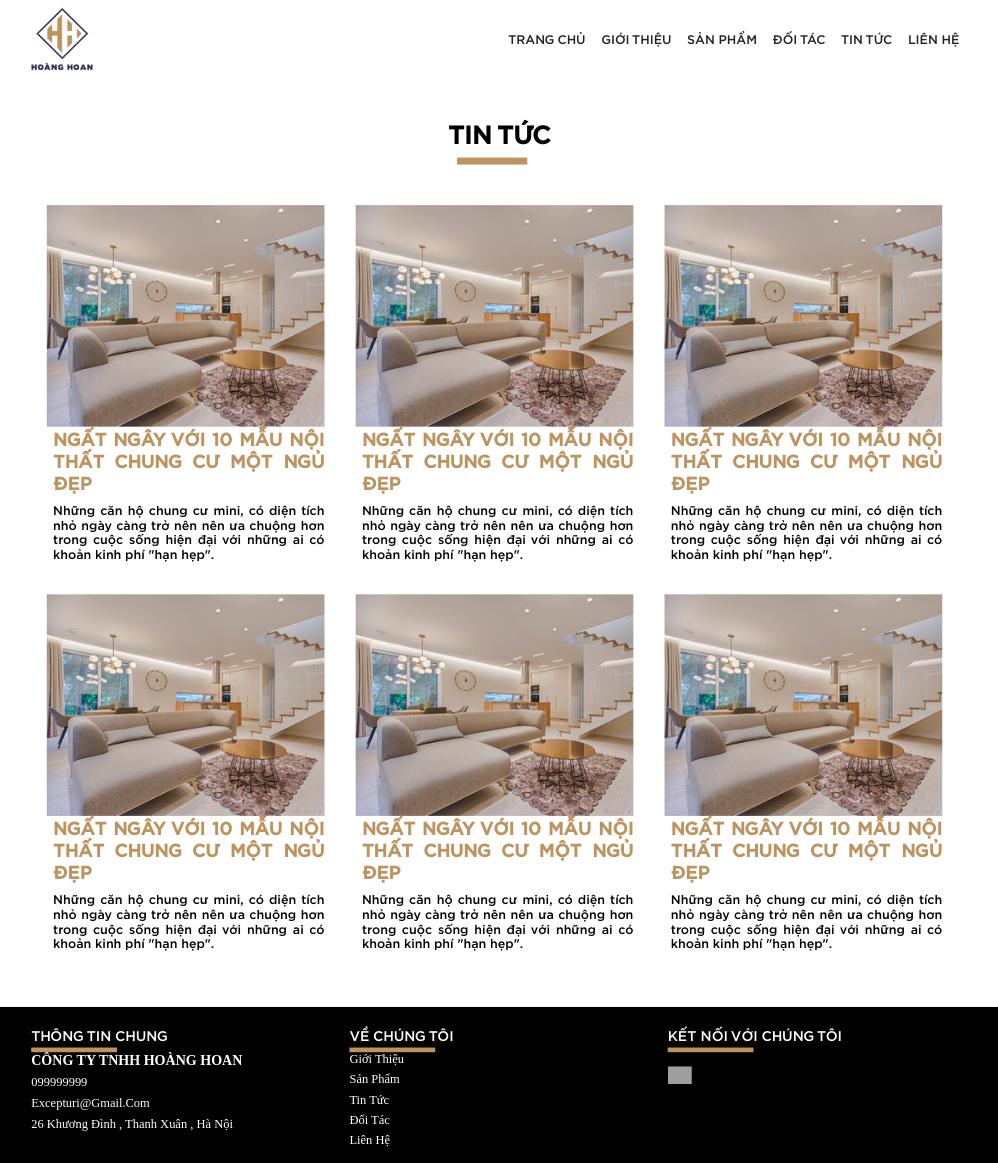
Repository: LDDUNG2003/prj_2
Page: /news
The author's editor kept a copy of each file at every save. The page is drawn from the files as they stood at one save, then again after the next save.
The browser window is 1280 px wide. The pictures show the whole page, at 78% of full size.
Pictures or frames that could not be fetched are drawn as grey boxes. The project was rebuilt for these pictures with package versions that can differ from the ones it lists, and the page was loaded fresh each time. Also part of the build but not shown: src/font-awesome/index.js, src/pages/home/setProductSlick/index.js, src/pages/home/index.js, src/styles/css/contact.css, src/pages/contact/index.js, src/pages/notfoud/index.js.

Above is the page before, as saved 2023-09-22 09:56:23.

After the next save:
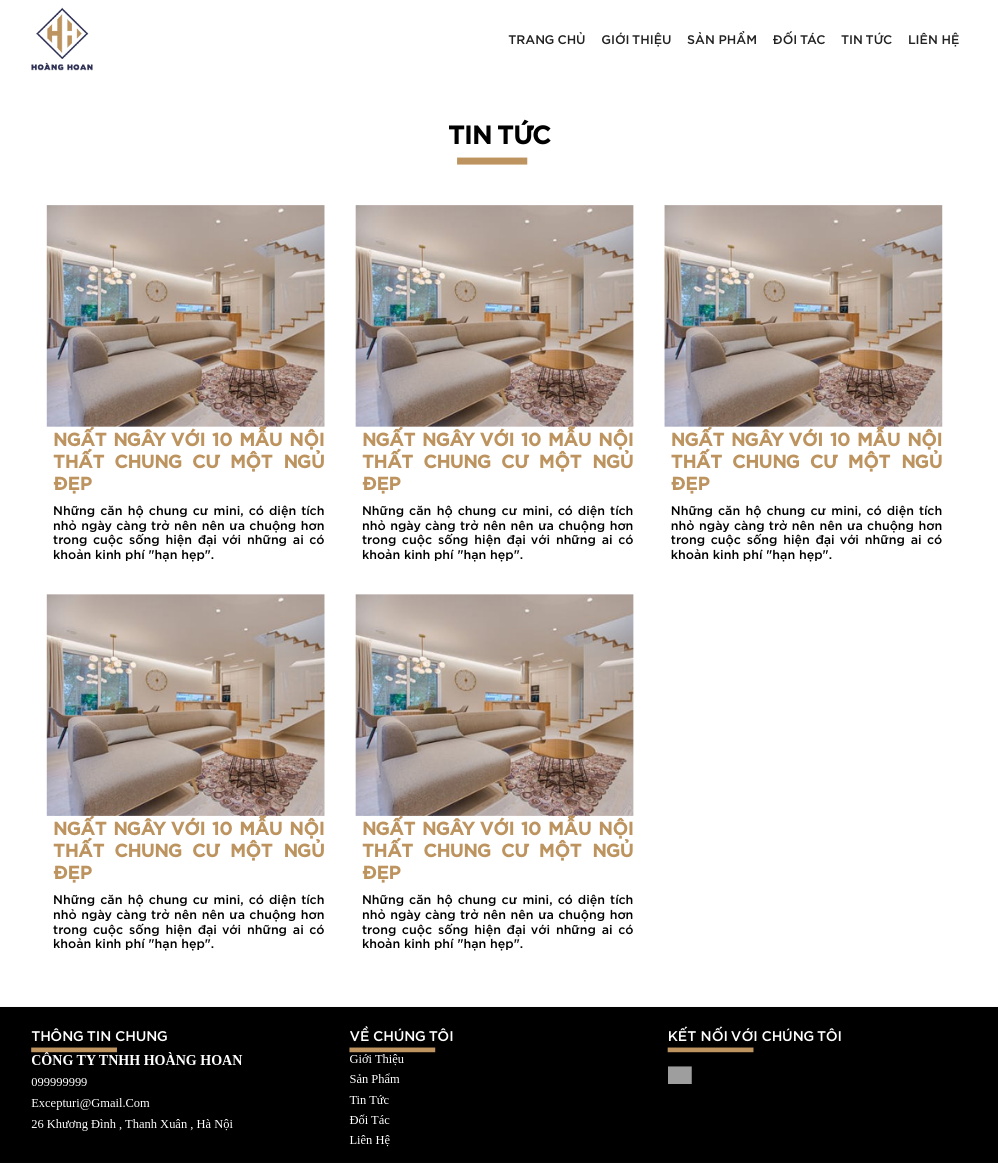
Saved 6 s later.
--- a/src/pages/news/index.js
+++ b/src/pages/news/index.js
@@ -6,13 +6,7 @@ function News() {
         <div className="news--contet">
     <h2 className="content--title">tin tức</h2>
     <ul className="news--content-list">
-    <li className="news--content-item">
-      <img src="./img/news/tintuc-1.jpg" alt className="news--item-img" />
-      <div className="news--item-contain">
-        <h4 className="news--contain-heading">Ngất ngây với 10 mẫu nội thất chung cư một ngủ đẹp</h4>
-        <p className="news--contain-text">Những căn hộ chung cư mini, có diện tích nhỏ ngày càng trở nên nên ưa chuộng hơn trong cuộc sống hiện đại với những ai có khoản kinh phí "hạn hẹp".</p>
-      </div>
-    </li>
+
     <li className="news--content-item">
       <img src="./img/news/tintuc-1.jpg" alt className="news--item-img" />
       <div className="news--item-contain">
